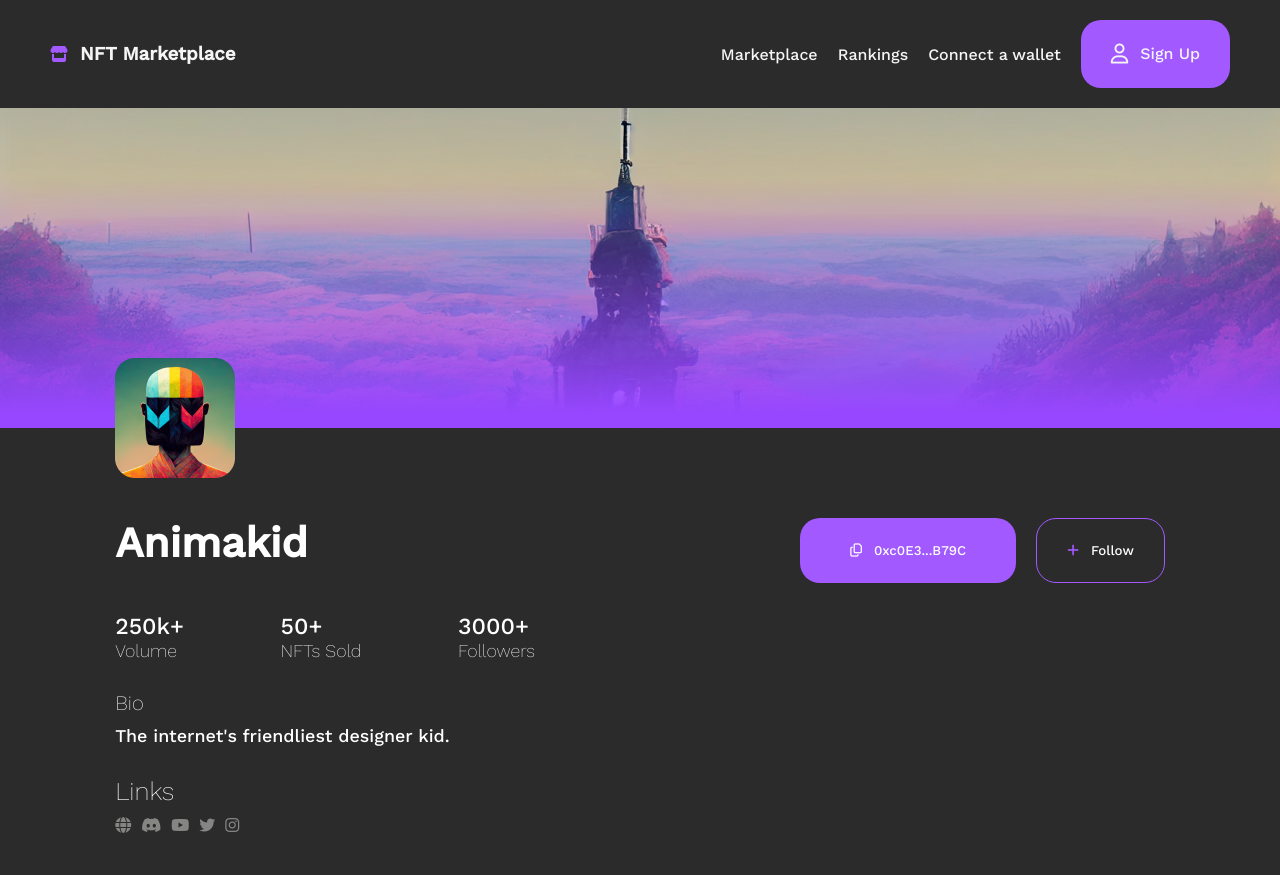
Repository: levananh202ht/NFT_Marketplace
Page: index.html
An editor plug-in stored every save of this project. The page is shown before and after the next save, followed by the edit.
The browser window is 1280 px wide. The pictures show the whole page.

Above is the page before, as saved 2023-12-09 23:46:09.

After the next save:
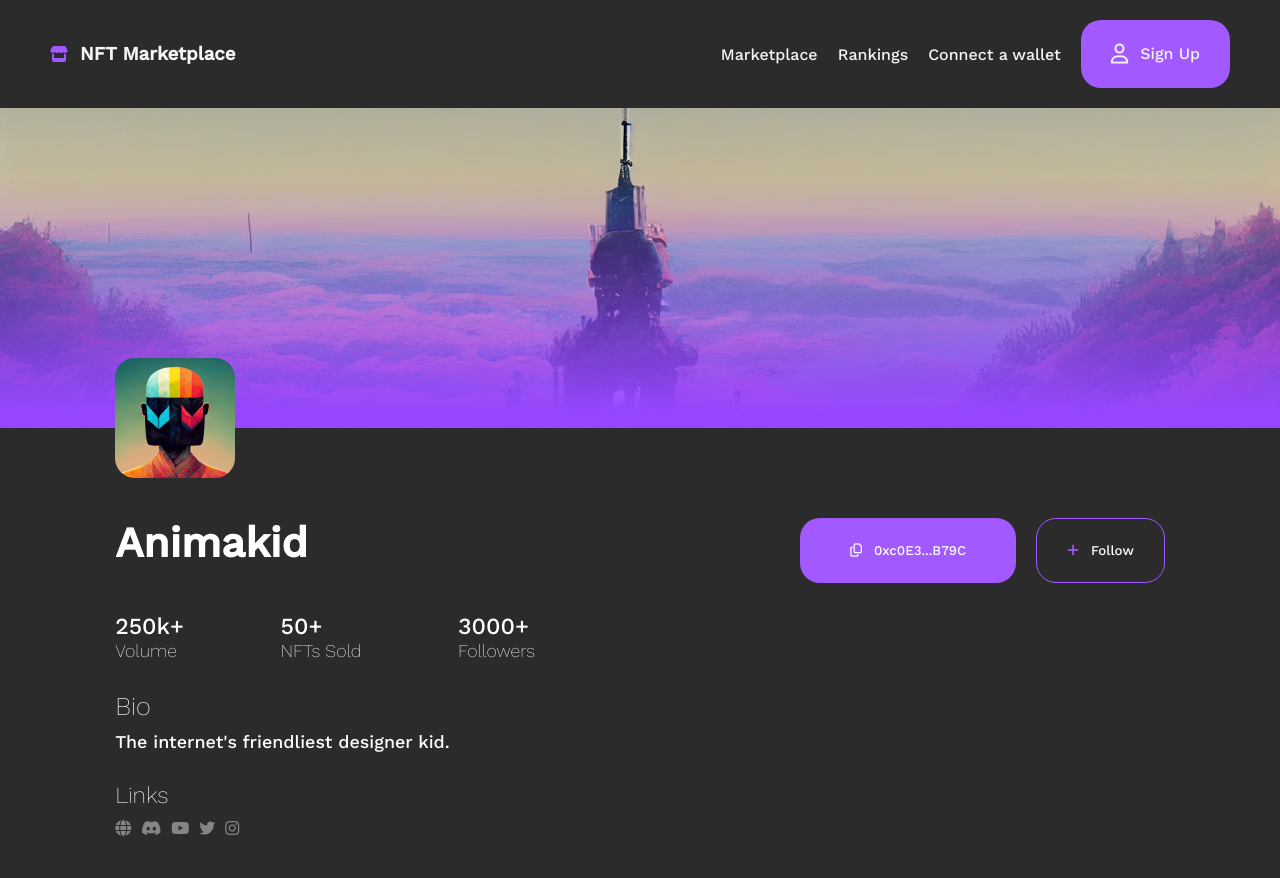
Saved 20 s later.
--- a/index.css
+++ b/index.css
@@ -139,7 +139,7 @@
     margin-bottom: 30px;
 }
 .nft_userInfo .nft_userInfo-bottom .nft_userInfo-bottom-bio h5 {
-    font-size: 1.6vw;
+    font-size: 2vw;
     font-weight: 300;
     margin-bottom: 10px;
 }
@@ -147,7 +147,7 @@
     font-size: 1.4vw;
 }
 .nft_userInfo .nft_userInfo-bottom .nft_userInfo-bottom-links h5 {
-    font-size: 2vw;
+    font-size: 1.8vw;
     font-weight: 300;
     margin-bottom: 10px;
 }
